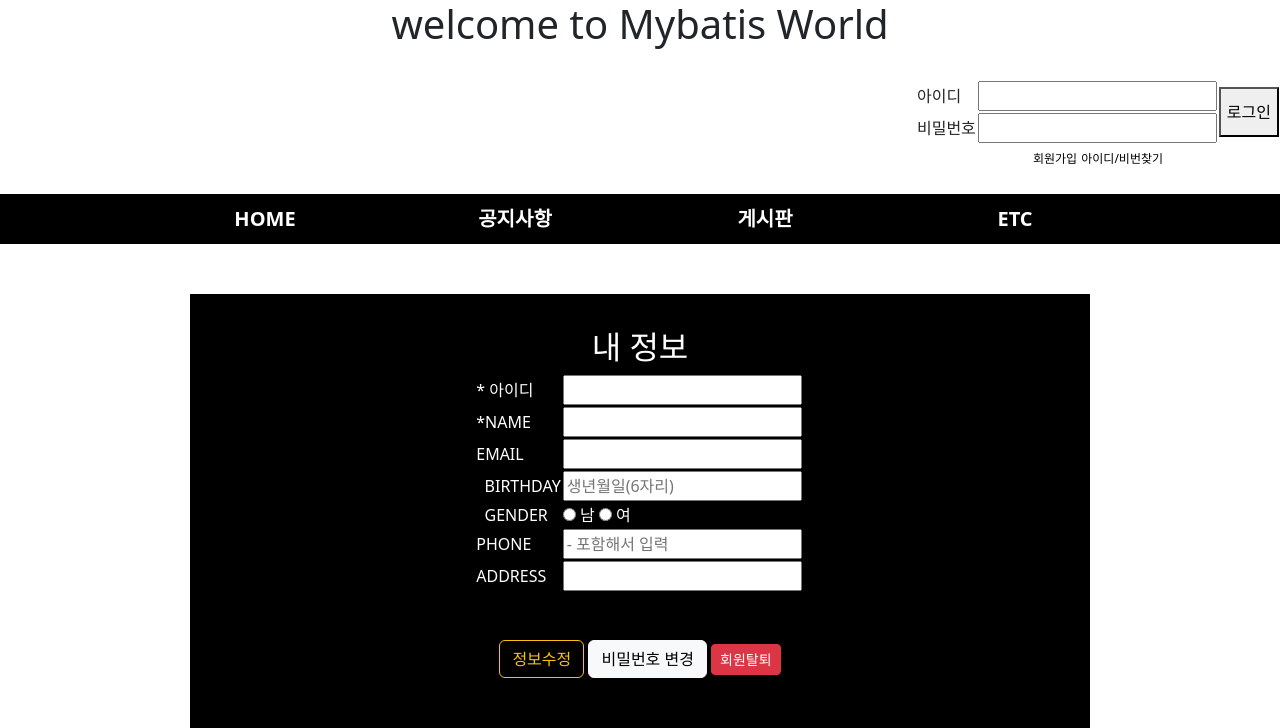
Repository: eru2/Study
Page: http://localhost/mybatisProject/views/member/myPage.jsp
These files come from the project's save history. The page is drawn as it stood at one moment and after the next save; the edit follows.
The browser window is 1280 px wide. The pictures show the whole page.
The page is served by Tomcat 10.

Above is the page before, as saved 2025-03-06 08:30:20.
Console error: ReferenceError: interest is not defined

After the next save:
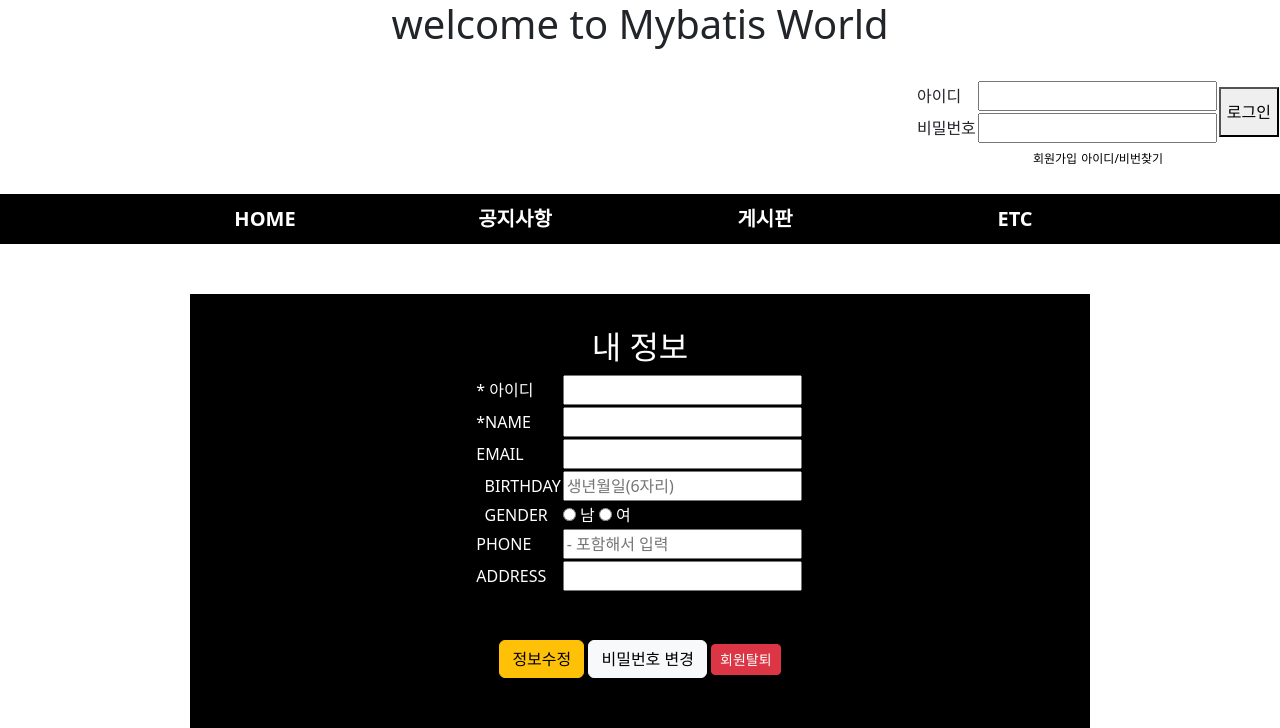
Saved 23 s later.
--- a/08_MyBatis/mybatisProject/src/main/webapp/views/member/myPage.jsp
+++ b/08_MyBatis/mybatisProject/src/main/webapp/views/member/myPage.jsp
@@ -88,7 +88,7 @@
 			<br><br>
 
 			<div align="center">
-				<button type="submit" class="btn btn-outline-warning">정보수정</button>
+				<button type="submit" class="btn btn-warning">정보수정</button>
 				<button type="button" class="btn btn-light" data-bs-toggle="modal" data-bs-target="#update-pwd-modal">비밀번호 변경</button>
 				<button type="button" class="btn btn-sm btn-danger" data-bs-toggle="modal" data-bs-target="#delete-member-modal">회원탈퇴</button>
 			</div>
